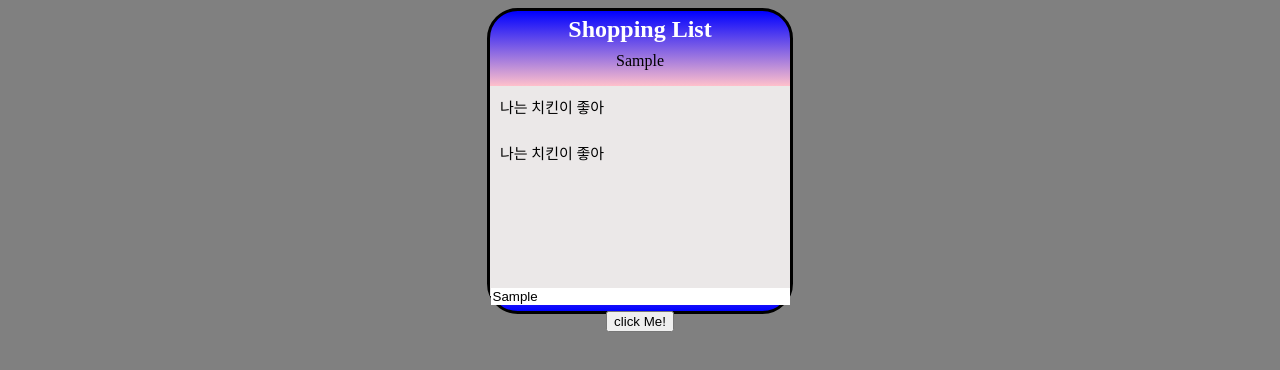
Repository: DevMinwoo-Jung/JavaScript101
Page: WebApIs/shoppingApp/index.html
These files come from the project's save history. The page is drawn as it stood at one moment and after the next save; the edit follows.
The browser window is 1280 px wide. The pictures show the whole page.
Empty fields were first filled with sample values (such as "Sample", 5 or name@example.com).
After loading, the first visible `button.addItem` was clicked once.

Above is the page before, as saved 2021-06-14 12:02:26.

After the next save:
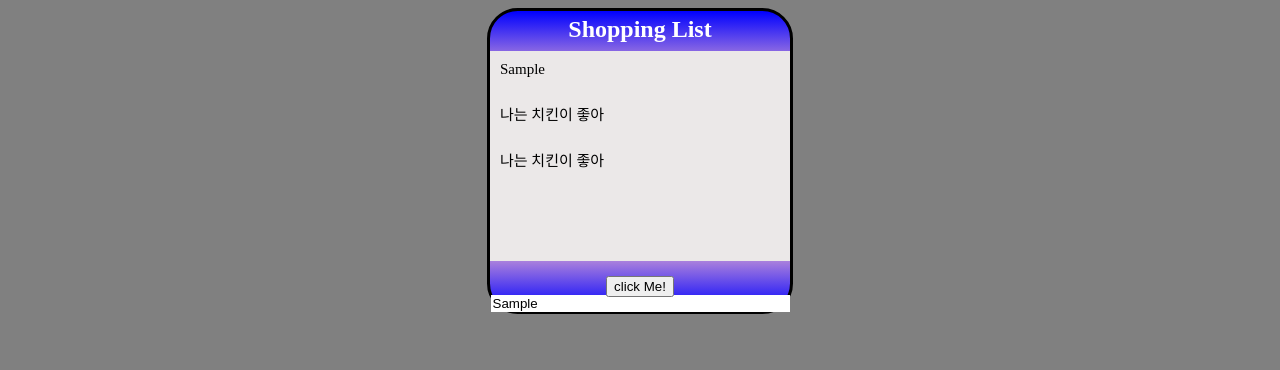
Saved 5 s later.
--- a/WebApIs/shoppingApp/main.js
+++ b/WebApIs/shoppingApp/main.js
@@ -14,7 +14,7 @@ inputBox.addEventListener('keyup', (e) => {
 addButton.addEventListener('click', () => {
   let newP = document.createElement("p");
   let newContent = document.createTextNode(inputValue.value);
-  let currentP = document.querySelector('.item__list');
+  let currentP = document.querySelector('.item__list p');
 
   newP.appendChild(newContent);
   currentP.parentNode.insertBefore(newP, currentP);
